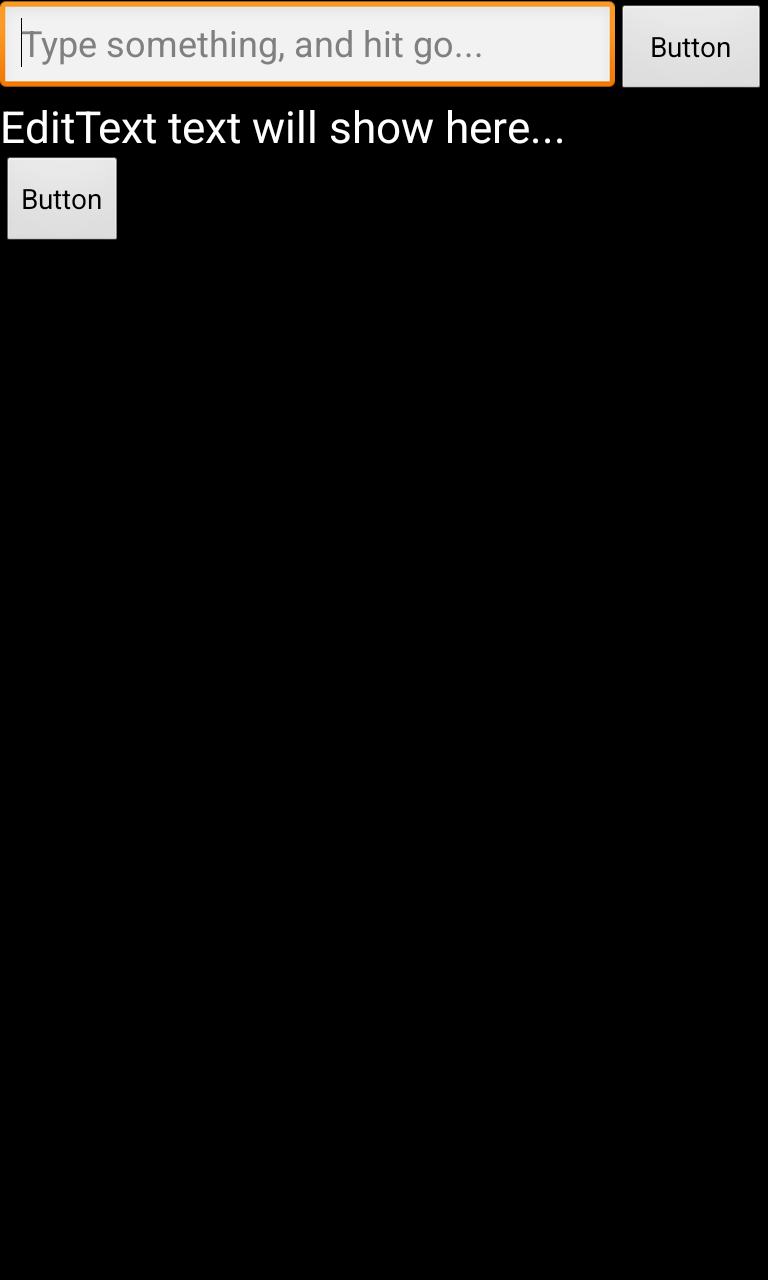
Repository: pazuzu156/KKAndroid
Layout: InitialRepoApp/res/layout/main.xml
An editor plug-in stored every save of this project. The layout is shown before and after the next save, followed by the edit.
It is drawn on a 768 x 1280 px phone screen (xhdpi) without system bars, with theme android:Theme; the app's code is not run.

Above is the layout before, as saved 2012-06-17 06:09:08.

After the next save:
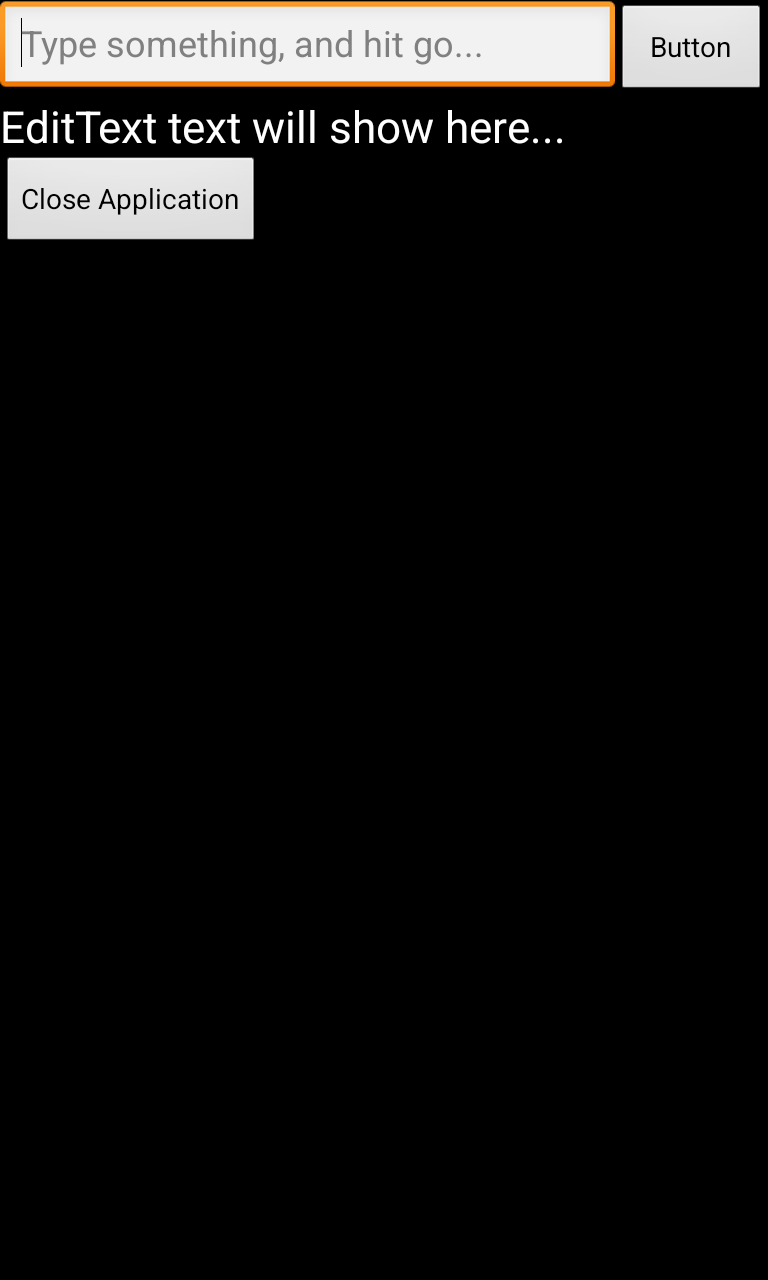
Saved 6 s later.
--- a/InitialRepoApp/res/layout/main.xml
+++ b/InitialRepoApp/res/layout/main.xml
@@ -39,6 +39,6 @@
         android:id="@+id/bye"
         android:layout_width="wrap_content"
         android:layout_height="wrap_content"
-        android:text="Button" />
+        android:text="Close Application" />
 
 </LinearLayout>
